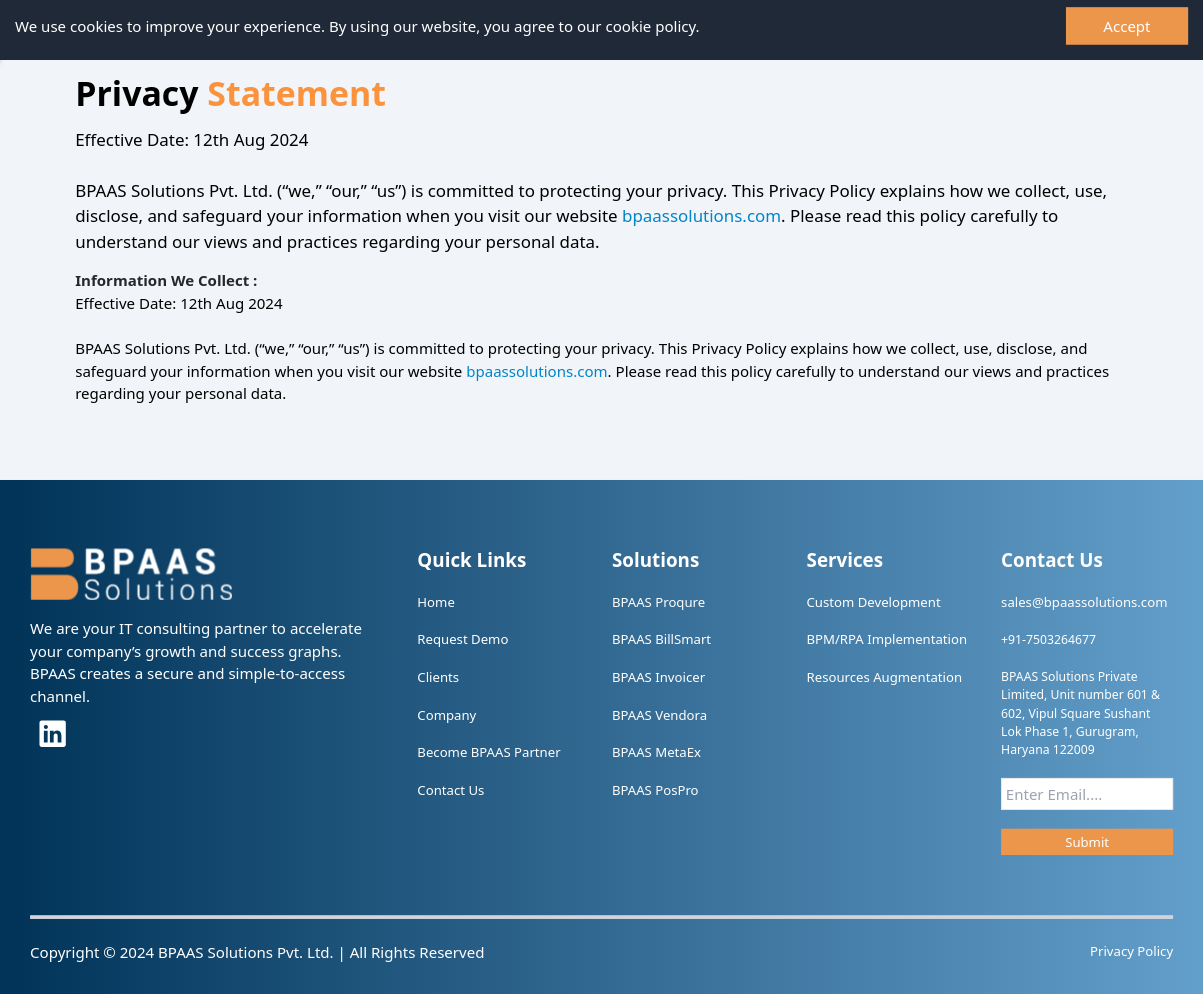
Repository: captainalpha/BP-Website
Page: /services/bp-services
These files come from the project's save history. The page is drawn as it stood at one moment and after the next save; the edit follows.
The browser window is 1280 px wide. The pictures show the part of the page from y = 656 to 1714 px (the page is 1714 px tall), at 94% of full size.
The project was rebuilt for these pictures with package versions that can differ from the ones it lists, and the page was loaded fresh each time. The framework's server and built-in components were replaced by stand-ins that run in the browser. Also part of the build but not shown: next.config.js, components/common/TopBanner.js, components/common/SectionHeader.js.

Above is the page before, as saved 2024-08-13 15:20:07.

### pages/_app.js
import Navbar from "../components/common/Navbar";
import "../styles/globals.css";
import Footer from "../components/common/Footer";

import "swiper/css";
import "swiper/css/navigation";
import "swiper/css/pagination";



import { motion, AnimatePresence } from "framer-motion";
import CookiesMain from "../components/common/CookiesMain";

// import styles from './slider.module.scss'
function MyApp({ Component, pageProps, router }) {
  const spring = {
    type: "spring",
    damping: 20,
    stiffness: 100,
    when: "afterChildren",
  };
  return (
    <>
      <div className="z-50 scroll-smooth">
        <Navbar />
      </div>
      <AnimatePresence>
        <div className="page-transition-wrapper">
          <motion.div
            transition={spring}
            key={router.pathname}
            initial={{ y: -300, opacity: 0 }}
            animate={{ y: 0, opacity: 1 }}
            exit={{ y: 300, opacity: 0 }}
            id="page-transition-container"
          >
            <Component {...pageProps} /> <Footer />{" "}
            <CookiesMain/>
          </motion.div>
        </div>
      </AnimatePresence>
    </>
  );
}

export default MyApp;

### pages/services/bp-services.js
import TopBanner from "../../components/common/TopBanner";
import SectionHeader from "../../components/common/SectionHeader";
import TopBanner2 from "../../components/common/TopBanner2";
import Image from "next/image";
import Link from "next/link";

function BpServices() {
  return (
    <div>
      <div className="relative">
        <TopBanner2
          image={"/images/policy-service2.jpg"}
          title="Privacy Policy"
          discription="This Privacy Policy explains how we collect, use, disclose, and safeguard your information when you visit our website."
          btnShow={false}
        />
        <div className="absolute top-[1em] right-[10em]">
          <Image
            src="/images/privacypolicy2.png"
            className="w-1/2 mx-auto"
            width="500"
            height="500"
            alt="customer-developement"
          />
        </div>
      </div>

      <div className=" bg-slate-100  p-[5em]">
        <div className="container mx-auto max-w-6xl">
          <div className="text-left">
            <h1 className="lg:text-4xl text-3xl font-bold capitalize ">
              <span>Privacy</span>{" "}
              <span className="text-[#fb923c]">Statement</span>
            </h1>
          </div>
          <div className="mt-4">
            {/* <h1 className="text-1xl font-bold text-zinc-800">Objective:</h1> */}
            <p className="text-[18px]">
              Effective Date: 12th Aug 2024 <br/><br/> BPAAS Solutions Pvt. Ltd. (“we,”
              “our,” “us”) is committed to protecting your privacy. This Privacy
              Policy explains how we collect, use, disclose, and safeguard your
              information when you visit our website  {' '}
              <Link passHref href="/">
            <a className="text-sky-600 hover:text-orange">
            bpaassolutions.com
            </a>
          </Link>
              . Please read this policy
              carefully to understand our views and practices regarding your
              personal data.
            </p>
          </div>
          <div className="mt-4">
            <h1 className="text-1xl font-bold text-zinc-800">Information We Collect :</h1>
            <p>
              Effective Date: 12th Aug 2024 <br/><br/> BPAAS Solutions Pvt. Ltd. (“we,”
              “our,” “us”) is committed to protecting your privacy. This Privacy
              Policy explains how we collect, use, disclose, and safeguard your
              information when you visit our website  {' '}
              <Link passHref href="/"><a className="text-sky-600 hover:text-orange">bpaassolutions.com</a></Link>.
              Please read this policy carefully to understand our views and practices regarding your personal data.
            </p>
          </div>
        </div>
      </div>
    </div>
  );
}

export default BpServices;

### styles/globals.css
@tailwind base;
@tailwind components;
@tailwind utilities;

.mySwiper {
  padding: 0 3rem;
}
.swiper-button-next {
  color: white;
  font-size: 20px !important;
}
.swiper-button-prev {
  color: white;
  font-size: 20px !important;
}
.swiper-button-prev:after {
  color: white;
  font-size: 20px !important;
}
.swiper-button-next:after {
  color: white;
  font-size: 20px !important;
}
.container-bpaas{
  max-width: 1100px;
}

/* .swiper-button-prev {

  background-image: url("data:[embedded picture, 251 characters]");
} */
.swiper-button-prev:after {

  border: 2px solid white;
  border-radius: 30%;
  /* width: 25%; */
  background: #ec964c;
  padding: 20%;
}
/* .swiper-button-next {
  background-image: url("data:[embedded picture, 251 characters]");
} */
.swiper-button-next:after {

  border: 2px solid white;
  border-radius: 30%;
  /* width: 25%; */
  background: #ec964c;
  padding: 20%;
}

@media only screen and (max-width: 600px) {
  .swiper-button-next:after {
    display: none;
  }
}
@media only screen and (max-width: 600px) {
  .swiper-button-prev:after {
    display: none;
  }
}




/*OEM Modal */
@layer utilities {
  @keyframes modalOpen {
    0% {
      clip-path: polygon(0 0, 0 0, 0 100%, 0 100%);
      opacity: 0;
    }
    100% {
      clip-path: polygon(0 0, 100% 0, 100% 100%, 0 100%);
      opacity: 1;
    }
  }

  @keyframes modalClose {
    0% {
      clip-path: polygon(0 0, 100% 0, 100% 100%, 0 100%);
      opacity: 1;
    }
    100% {
      clip-path: polygon(50% 0, 50% 0, 50% 100%, 50% 100%);
      opacity: 0;
    }
  }

  .animate-modalOpen {
    animation: modalOpen 0.5s forwards;
  }

  .animate-modalClose {
    animation: modalClose 0.5s forwards;
  }

  .custom-aspect-ratio {
    box-shadow: rgba(149, 157, 165, 0.2) 0px 8px 24px;
    aspect-ratio: 3 / 2;
  }
}

### components/common/Footer.js
import Image from "next/image";
import Link from "next/link";

export default function Footer() {
  return (
    <footer className=" bg-gradient-to-r from-primary to-secondary text-white p-5 md:p-8">
      <div className="  py-10 ">
        <div className="lg:grid lg:grid-cols-9 gap-5">
          <div className="w-full  lg:col-span-3">
            <div className=" space-y-3">
              <div className="">
                <Image
                  alt=""
                  src={require("../../assets/bpass-logo-white.svg")}
                />
              </div>

              <p className="max-w-sm mt-4 ">
                We are your IT consulting partner to accelerate your company’s
                growth and success graphs. BPAAS creates a secure and
                simple-to-access channel.
              </p>

              <div className="flex mt-4 ">
                <a
                  href="https://www.linkedin.com/company/bpaas-solutions-pvt-ltd/"
                  className="mx-2 "
                  aria-label="Linkden"
                >
                  <svg className="w-8 h-8 fill-current" viewBox="0 0 512 512">
                    <path d="M444.17,32H70.28C49.85,32,32,46.7,32,66.89V441.61C32,461.91,49.85,480,70.28,480H444.06C464.6,480,480,461.79,480,441.61V66.89C480.12,46.7,464.6,32,444.17,32ZM170.87,405.43H106.69V205.88h64.18ZM141,175.54h-.46c-20.54,0-33.84-15.29-33.84-34.43,0-19.49,13.65-34.42,34.65-34.42s33.85,14.82,34.31,34.42C175.65,160.25,162.35,175.54,141,175.54ZM405.43,405.43H341.25V296.32c0-26.14-9.34-44-32.56-44-17.74,0-28.24,12-32.91,23.69-1.75,4.2-2.22,9.92-2.22,15.76V405.43H209.38V205.88h64.18v27.77c9.34-13.3,23.93-32.44,57.88-32.44,42.13,0,74,27.77,74,87.64Z" />
                  </svg>
                </a>

                {/* <a href="/contact-us" className="mx-2 " aria-label="Facebook">
                  <svg className="w-4 h-4 fill-current" viewBox="0 0 512 512">
                    <path d="M455.27,32H56.73A24.74,24.74,0,0,0,32,56.73V455.27A24.74,24.74,0,0,0,56.73,480H256V304H202.45V240H256V189c0-57.86,40.13-89.36,91.82-89.36,24.73,0,51.33,1.86,57.51,2.68v60.43H364.15c-28.12,0-33.48,13.3-33.48,32.9V240h67l-8.75,64H330.67V480h124.6A24.74,24.74,0,0,0,480,455.27V56.73A24.74,24.74,0,0,0,455.27,32Z" />
                  </svg>
                </a>

                <a href="/contact-us" className="mx-2 " aria-label="Twitter">
                  <svg className="w-4 h-4 fill-current" viewBox="0 0 512 512">
                    <path d="M496,109.5a201.8,201.8,0,0,1-56.55,15.3,97.51,97.51,0,0,0,43.33-53.6,197.74,197.74,0,0,1-62.56,23.5A99.14,99.14,0,0,0,348.31,64c-54.42,0-98.46,43.4-98.46,96.9a93.21,93.21,0,0,0,2.54,22.1,280.7,280.7,0,0,1-203-101.3A95.69,95.69,0,0,0,36,130.4C36,164,53.53,193.7,80,211.1A97.5,97.5,0,0,1,35.22,199v1.2c0,47,34,86.1,79,95a100.76,100.76,0,0,1-25.94,3.4,94.38,94.38,0,0,1-18.51-1.8c12.51,38.5,48.92,66.5,92.05,67.3A199.59,199.59,0,0,1,39.5,405.6,203,203,0,0,1,16,404.2,278.68,278.68,0,0,0,166.74,448c181.36,0,280.44-147.7,280.44-275.8,0-4.2-.11-8.4-.31-12.5A198.48,198.48,0,0,0,496,109.5Z" />
                  </svg>
                </a> */}
              </div>
            </div>
          </div>

          <div className="mt-6 lg:mt-0 lg:flex-1 lg:col-span-6">
            <div className="grid grid-cols-2 gap-6 sm:grid-cols-3 md:grid-cols-4">
              <div className="space-y-5">
                <h3 className="text-xl font-bold ">Quick Links</h3>
                <Link passHref href="/">
                  <a className="block  text-sm  hover:underline hover:text-orange">
                    Home
                  </a>
                </Link>

                <Link passHref href="/request-demo">
                  <a className="block  text-sm  hover:underline hover:text-orange">
                    Request Demo
                  </a>
                </Link>
                <Link passHref href="/clients">
                  <a className="block  text-sm  hover:underline hover:text-orange">
                    Clients
                  </a>
                </Link>
                <Link passHref href="/about-us">
                  <a className="block  text-sm  hover:underline hover:text-orange">
                    Company
                  </a>
                </Link>
                <Link passHref href="/become-partner">
                  <a className="block  text-sm  hover:underline hover:text-orange">
                    Become BPAAS Partner
                  </a>
                </Link>
                <Link passHref href="/contact-us">
                  <a className="block  text-sm  hover:underline hover:text-orange">
                    Contact Us
                  </a>
                </Link>
              </div>

              <div className="space-y-5">
                <h3 className="text-xl font-bold">Solutions</h3>
                <Link passHref href="/solutions/bpaas-proqure">
                  <a className="block  text-sm  hover:underline hover:text-orange">
                    BPAAS Proqure
                  </a>
                </Link>
                <Link passHref href="/solutions/bpaas-billsmart">
                  <a className="block  text-sm  hover:underline hover:text-orange">
                    BPAAS BillSmart
                  </a>
                </Link>
                <Link passHref href="/solutions/bpaas-invoicer">
                  <a className="block  text-sm  hover:underline hover:text-orange">
                    BPAAS Invoicer
                  </a>
                </Link>
                <Link passHref href="/solutions/bpaas-vendora">
                  <a className="block  text-sm  hover:underline hover:text-orange">
                    BPAAS Vendora
                  </a>
                </Link>
                {/* <Link passHref href="/solutions/bpaas-smartex">
                  <a className="block  text-sm  hover:underline hover:text-orange">
                    BPAAS SmartEx
                  </a>
                </Link> */}
                <a
                  className="block  text-sm  hover:underline hover:text-orange"
                  href="https://metasolve.io/"
                  target="_blank"
                  rel="noreferrer"
                >
                  BPAAS MetaEx
                </a>
                <Link passHref href="/solutions/bpaas-pospro">
                  <a className="block  text-sm  hover:underline hover:text-orange">
                    BPAAS PosPro
                  </a>
                </Link>
              </div>

              <div className="space-y-5">
                <h3 className=" text-xl font-bold  ">Services</h3>

                <Link passHref href="/services/custom-development">
                  <a className="block  text-sm  hover:underline hover:text-orange">
                    Custom Development
                  </a>
                </Link>
                <Link passHref href="/services/bpm-rpa-implementation">
                  <a className="block  text-sm  hover:underline hover:text-orange">
                    BPM/RPA Implementation
                  </a>
                </Link>
                <Link passHref href="/services/resource-augmentation">
                  <a className="block  text-sm  hover:underline hover:text-orange">
                    Resources Augmentation
                  </a>
                </Link>
              </div>

              <div className="space-y-5">
                <h3 className=" text-xl font-bold ">Contact Us</h3>
                {/* <span className="block  text-sm  hover:underline hover:text-orange">
                  abhishek.kumar@bpaassolutions.com
                </span> */}
                <span className="block  text-sm  hover:underline hover:text-orange">
                  sales@bpaassolutions.com
                </span>
                <span className="block  text-[13px]  hover:underline hover:text-orange">
                  +91-7503264677
                </span>
                <span className="block  text-[13px]  hover:underline hover:text-orange">
                  BPAAS Solutions Private Limited, Unit number 601 & 602, Vipul
                  Square Sushant Lok Phase 1, Gurugram, Haryana 122009
                </span>
                <input
                  className="block p-1 outline-none border text-black w-full"
                  placeholder="Enter Email...."
                />
                <button className="text-sm bg-orange px-2 py-1 w-full">
                  Submit
                </button>
              </div>
            </div>
          </div>
        </div>
      </div>
      <hr className="h-1 w-full my-6 bg-gray-300 border-none " />

      <div className="flex justify-between">
        <div>
          <p className="text-center text-white">
            Copyright © 2024 BPAAS Solutions Pvt. Ltd. | All Rights Reserved
          </p>
        </div>
        <div>
          <Link passHref href="/services/bp-services">
            <a className="block  text-sm  hover:underline hover:text-orange">
            Privacy Policy
            </a>
          </Link>
        </div>
      </div>
    </footer>
  );
}

### components/common/CookiesMain.js
import { useState, useEffect } from 'react';
import Cookies from 'js-cookie';


const CookiesMain = () => {
    const [showBanner, setShowBanner] = useState(false);

  useEffect(() => {
    const consent = Cookies.get('cookie-consent');
    if (!consent) {
      setShowBanner(true);
    }
  }, []);

  const acceptCookies = () => {
    Cookies.set('cookie-consent', 'true', { expires: 365 });
    setShowBanner(false);
  };

  if (!showBanner) return null;
  return (
    <>

    <div className="fixed bottom-0 left-0 right-0 bg-gray-800 text-white p-4 flex justify-between items-center z-50">
      <span>We use cookies to improve your experience. By using our website, you agree to our cookie policy.</span>
      <button
        onClick={acceptCookies}
        className="bg-orange text-white px-4 md:px-10 py-2"
      >
        Accept
      </button>
    </div>

    </>
  )
}
export default CookiesMain

### components/common/TopBanner2.js
import Link from "next/link";
function TopBanner2({ image, title, discription, onClick,btnShow}) {
  return (
    <div
      style={{ backgroundImage: `url(${image})` }}
      className={`lg:h-[80vh] h-[60vh] mt-20 w-full text-white flex p-10 items-center bg-no-repeat bg-cover `}
    >
      <div className="space-y-4 lg:w-1/2  md:text-left">
        <h1 className="lg:text-5xl text-3xl font-bold capitalize ">{title}</h1>
        <p className="w-full lg:text-xl lg:text-justify tracking-tighter">
          {discription}
        </p>
    {btnShow&&(
        <Link passHref href="/request-demo">
          <button className="px-8 py-2  border-white border-2 hover:bg-orange font-medium text-xl">
            Request Demo
          </button>
        </Link>
    )}
      </div>
    </div>
  );
}

export default TopBanner2;

### tailwind.config.js
module.exports = {
  content: [
    "./pages/**/*.{js,ts,jsx,tsx}",
    "./components/**/*.{js,ts,jsx,tsx}",
  ],
  theme: {
    extend: {
      keyframes: {
        modalOpen: {
          '0%': { transform: 'scale(0)', opacity: 0 },
          '100%': { transform: 'scale(1)', opacity: 1 },
        },
        modalClose: {
          '0%': { transform: 'scale(1)', opacity: 1 },

        },
        fragmentIn: {
          '0%': { opacity: 0, transform: 'translate(-50px, -50px)' },
          '100%': { opacity: 1, transform: 'translate(0, 0)' },
        },
        fragmentOut: {
          '0%': { opacity: 1, transform: 'translate(0, 0)' },
          '100%': { opacity: 0, transform: 'translate(50px, 50px)' },
        },

      },
      animation: {
        modalOpen: 'modalOpen 0.5s ease-out forwards',
        modalClose: 'modalClose 0.5s ease-in forwards',
        fragmentIn: 'fragmentIn 0.5s ease-out forwards',
        fragmentOut: 'fragmentOut 0.5s ease-in forwards',
      },
      backgroundImage: {
        "testimonial-bg": "url('/img/hero-pattern.svg')",
        "testimonial-bgs": "url('/')",
      },
      colors: {
        primary: "#013358",
        secondary: "#639FCB",
        primaryText: "#1D669C",
        orange: "#EC964C",
        glassEffect:
          "linear-gradient(105.47deg, #FFFFFF -13.63%, rgba(255, 255, 255, 0) 108.8%)",
      },
      backgroundSize: {
        "size-200": "200% 200%",
      },
      backgroundPosition: {
        "pos-0": "0% 0%",
        "pos-100": "100% 100%",
      },
    },
    variants: {
      fill: ["hover", "focus"],
    },
    boxShadow: {
      "3xl": "0 35px 60px -15px rgba(0, 0, 0, 0.3)",
    },
  },
  plugins: [],
};

Loaded but not shown: components/common/Navbar.js (726 lines, source omitted)

After the next save:
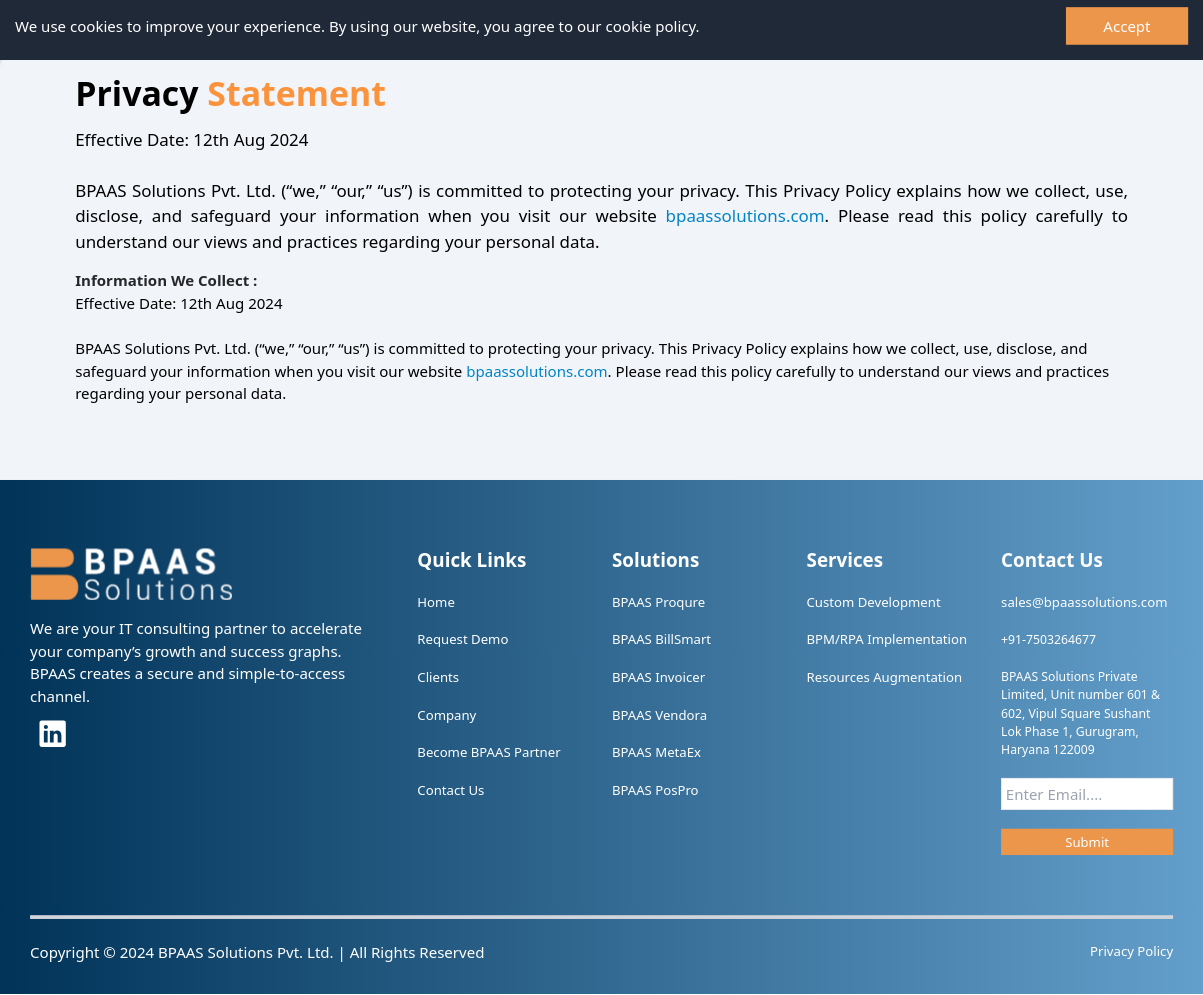
Saved 20 s later.
--- a/pages/services/bp-services.js
+++ b/pages/services/bp-services.js
@@ -35,7 +35,7 @@
           </div>
           <div className="mt-4">
             {/* <h1 className="text-1xl font-bold text-zinc-800">Objective:</h1> */}
-            <p className="text-[18px]">
+            <p className="text-[18px] text-justify">
               Effective Date: 12th Aug 2024 <br/><br/> BPAAS Solutions Pvt. Ltd. (“we,”
               “our,” “us”) is committed to protecting your privacy. This Privacy
               Policy explains how we collect, use, disclose, and safeguard your
